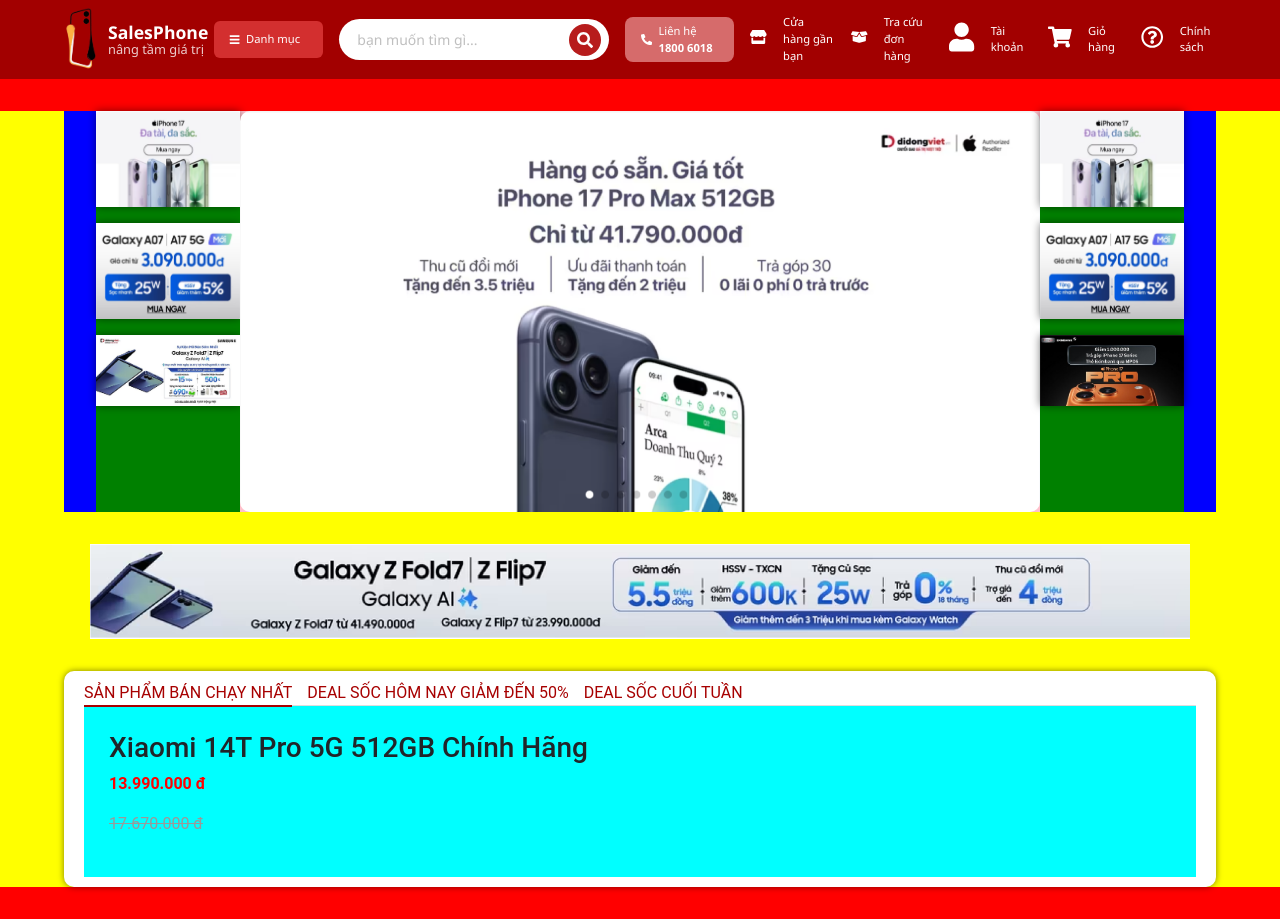
Repository: nguyenhuuluanTTB/cn-da22ttb-nguyenhuuluan-website_salesphone-nextjs_nodejs
Page: /home (app in Project_SalesPhone/client/salesphone/)
An editor plug-in stored every save of this project. The page is shown before and after the next save, followed by the edit.
The browser window is 1280 px wide. The pictures show the whole page.
The project was rebuilt for these pictures with package versions that can differ from the ones it lists, and the page was loaded fresh each time. The framework's server and built-in components were replaced by stand-ins that run in the browser. Also part of the build but not shown: Project_SalesPhone/client/salesphone/next.config.ts.

Above is the page before, as saved 2025-11-07 15:57:47.

After the next save:
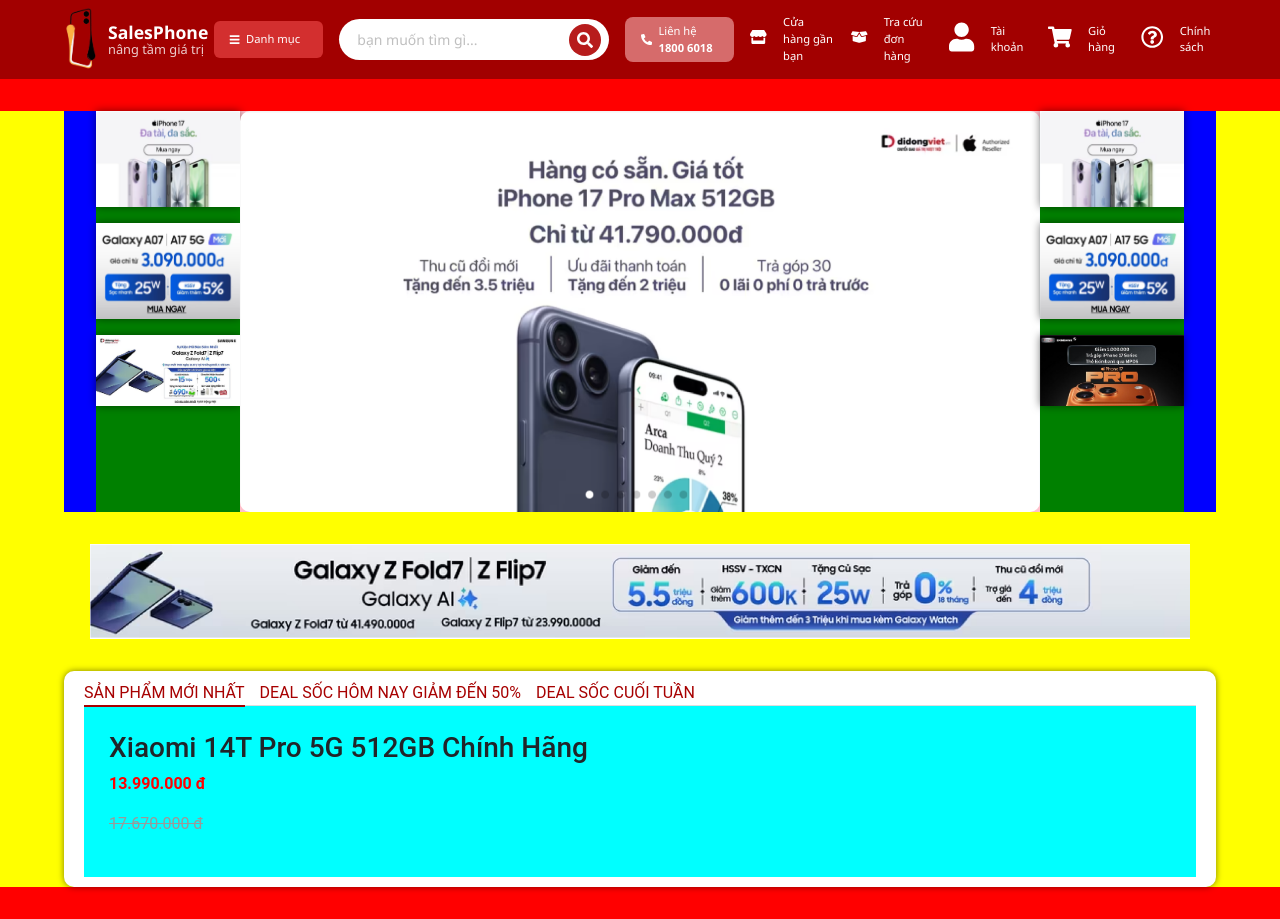
Saved 58 min 20 s later.
--- a/Project_SalesPhone/client/salesphone/app/home/page.tsx
+++ b/Project_SalesPhone/client/salesphone/app/home/page.tsx
@@ -75,7 +75,7 @@
                             className={activeTab === "tab1" ? styles.active : ""}
                             onClick={() => setActiveTab("tab1")}
                         >
-                            SẢN PHẨM BÁN CHẠY NHẤT
+                            SẢN PHẨM MỚI NHẤT
                         </button>
                         <button
                             className={activeTab === "tab2" ? styles.active : ""}
